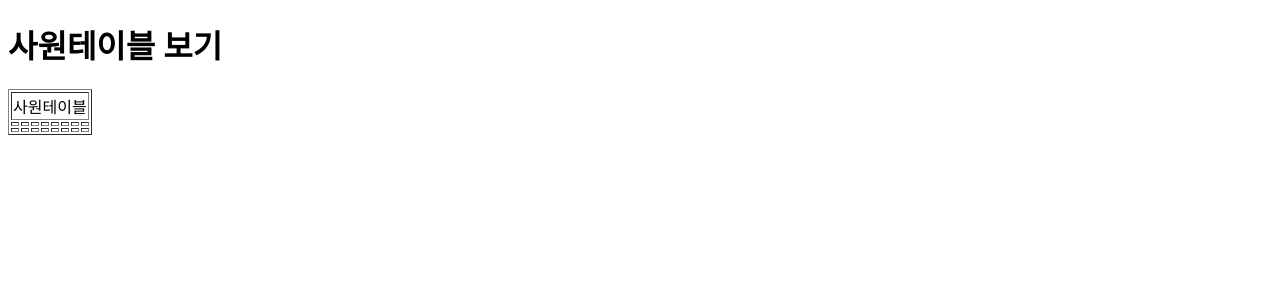
Repository: saysang22/servlet
Page: http://localhost/controllerMVC1/list.jsp
An editor plug-in stored every save of this project. The page is shown before and after the next save, followed by the edit.
The browser window is 1280 px wide. The pictures show the whole page.
The page is served by Tomcat 10.

Above is the page before, as saved 2024-06-04 02:45:56.

After the next save:
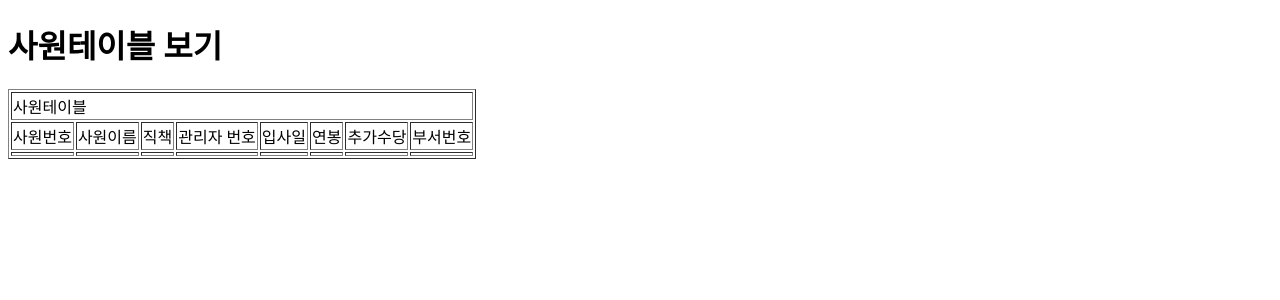
Saved 67 s later.
--- a/controllerMVC1/src/main/webapp/list.jsp
+++ b/controllerMVC1/src/main/webapp/list.jsp
@@ -16,14 +16,14 @@
 		</tr>
 
 		<tr>
-			<td></td>
-			<td></td>
-			<td></td>
-			<td></td>
-			<td></td>
-			<td></td>
-			<td></td>
-			<td></td>
+			<td>사원번호</td>
+			<td>사원이름</td>
+			<td>직책</td>
+			<td>관리자 번호</td>
+			<td>입사일</td>
+			<td>연봉</td>
+			<td>추가수당</td>
+			<td>부서번호</td>
 		</tr>
 
 		<tr>
